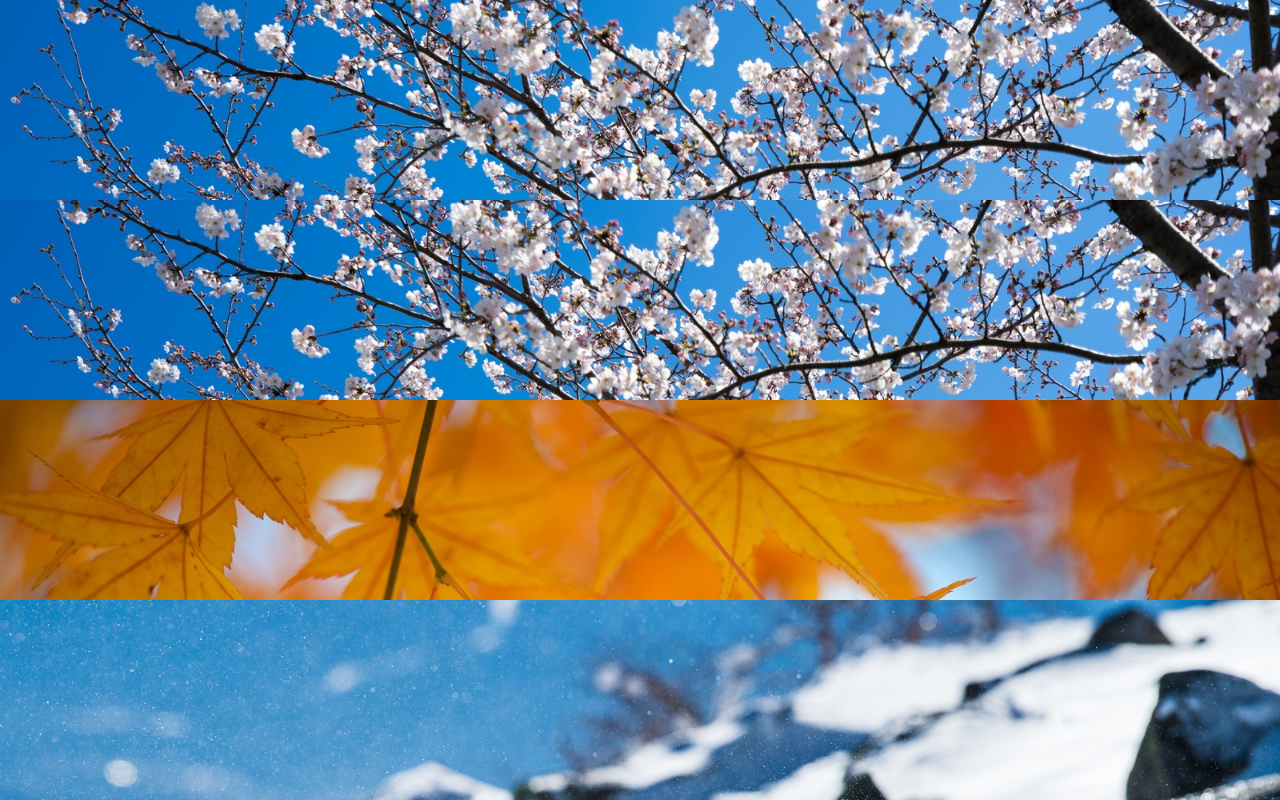
Repository: atsuyan-i/git-practice2
Page: chapter/chapter6.html
The author's editor kept a record of every edit. The page is drawn from the files as they stood at one moment, then again after the next edit.
The browser window is 1280 px wide. The pictures show the whole page.

Above is the page before.

After the next edit:
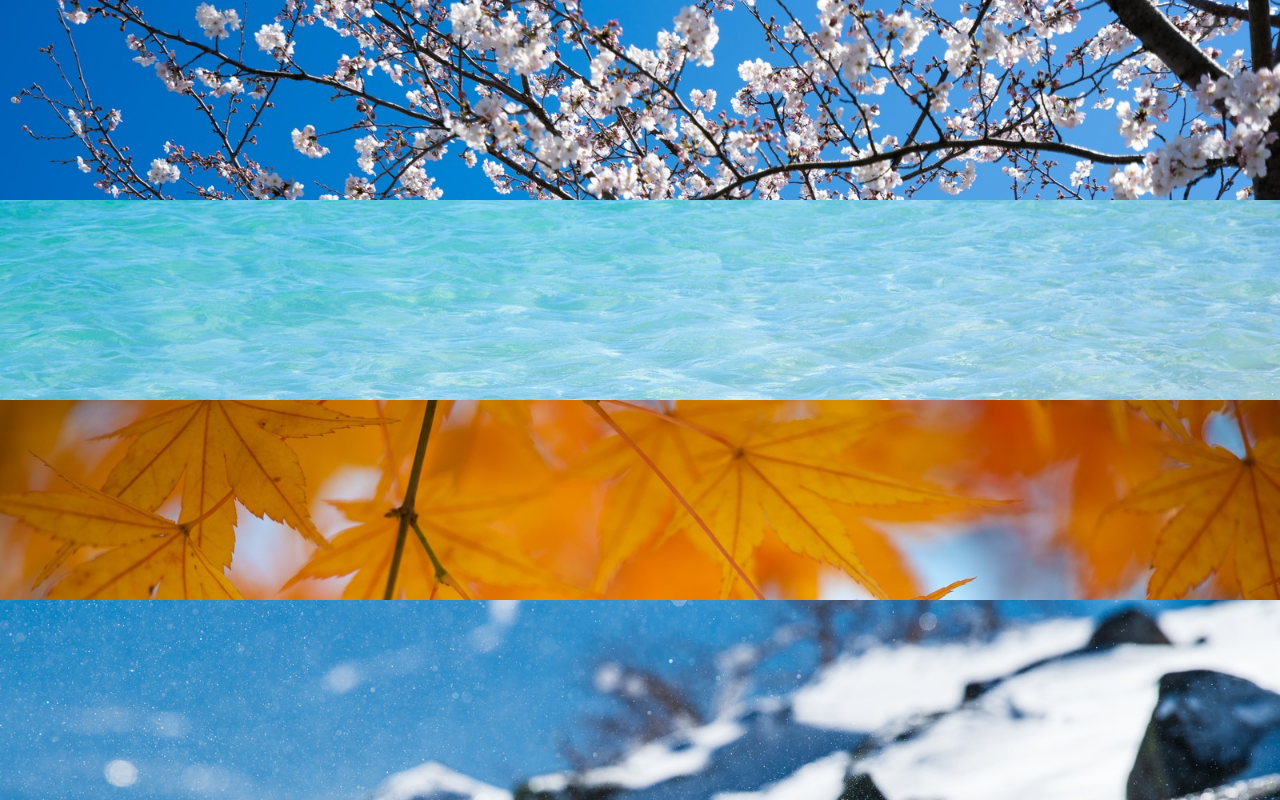
The edit:
--- a/chapter/chapter6.css
+++ b/chapter/chapter6.css
@@ -13,7 +13,7 @@
 
 .box2 {
   height: 200px;
-  background-image: url(img/box1.jpg);
+  background-image: url(img/box2.jpg);
   background-size: contain;
   background-size: cover;
 }
